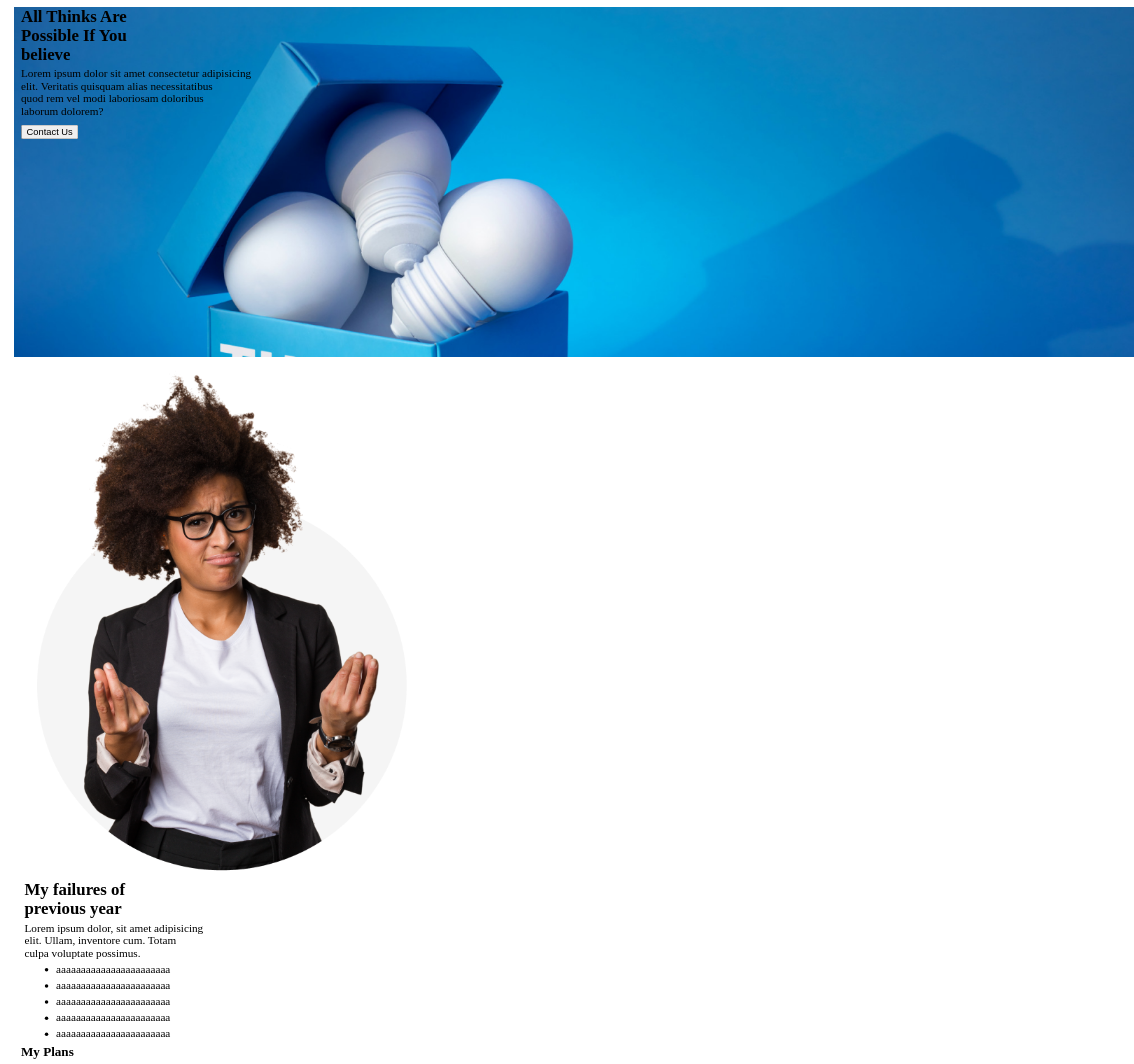
Repository: sadiaafsana138/All-Thinks-Are-Possible-Website
Page: index.html
These files come from the project's save history. The page is drawn as it stood at one moment and after the next save; the edit follows.
The browser window is 1280 px wide. The page is 1620 px wide, so the pictures cover 1620 px, including what lies to the right of the window. The pictures show the part of the page from y = 0 to 1520 px (the page is 3408 px tall), at 70% of full size.
Backgrounds fixed to the window are drawn as part of the page.

Above is the page before, as saved 2023-01-07 18:57:59.

After the next save:
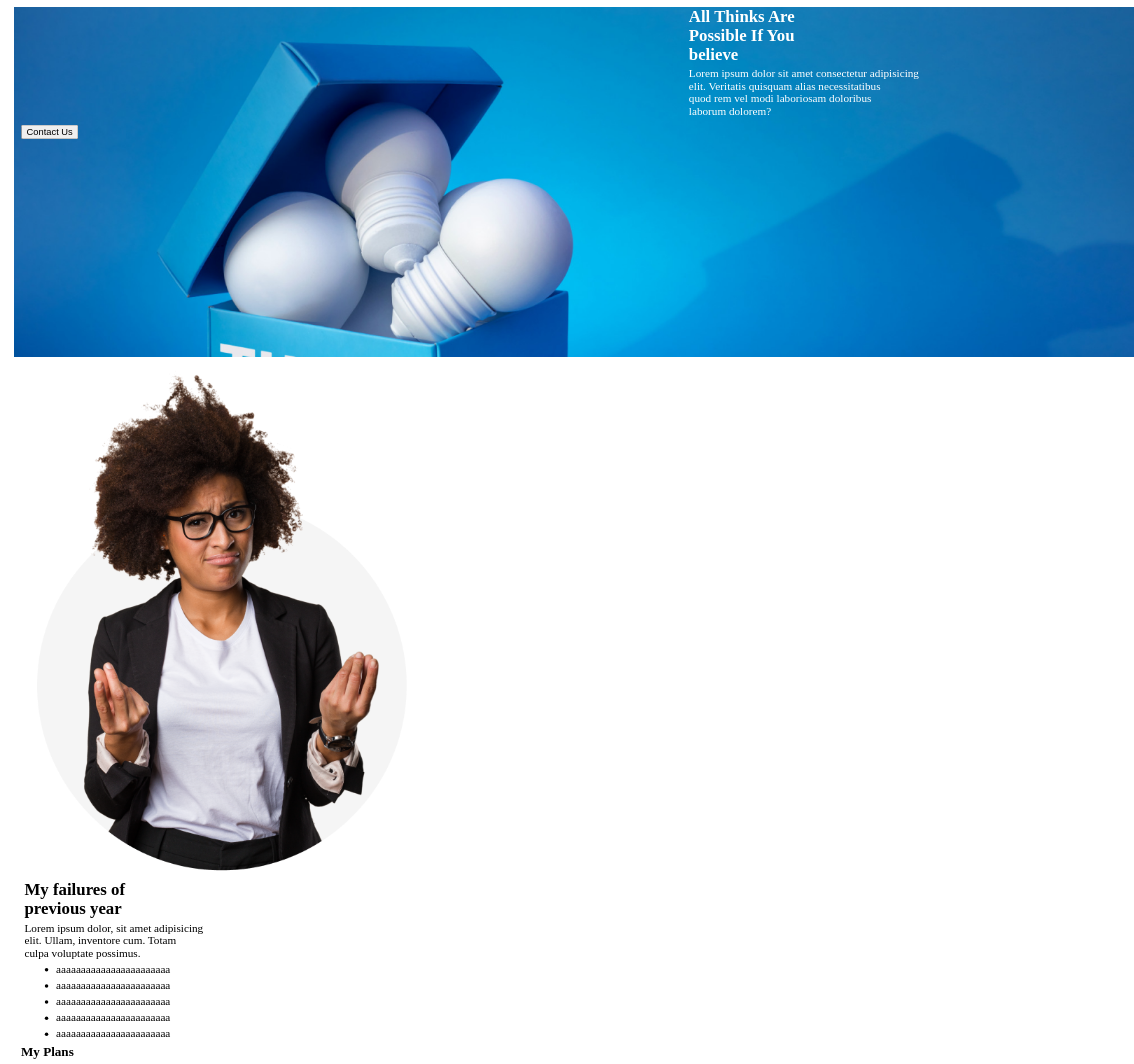
Saved 19 s later.
--- a/styles/web.css
+++ b/styles/web.css
@@ -9,7 +9,7 @@ margin: 5px 5px ;
     background-color: blue;
     background-attachment: fixed;
 }
-#head-text1{
+.head-text{
     color: white;
     padding-left: 60% ;
 
